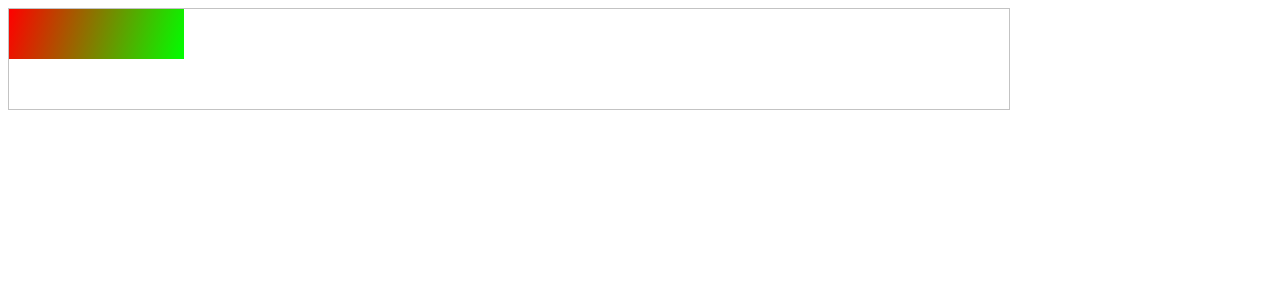
Repository: YukiXueyan/moquWebsite
Page: html/渐变.html
An editor plug-in stored every save of this project. The page is shown before and after the next save, followed by the edit.
The browser window is 1280 px wide. The pictures show the whole page.

Above is the page before, as saved 2020-07-05 15:40:21.

### html/渐变.html
<!DOCTYPE HTML>
<html>
<body>

<canvas id="myCanvas" width="1000" height="100" style="border:1px solid #c3c3c3;">
Your browser does not support the canvas element.
</canvas>


<script type="text/javascript">

var c=document.getElementById("myCanvas");
var cxt=c.getContext("2d");
var grd=cxt.createLinearGradient(0,0,175,50);
grd.addColorStop(0,"#FF0000");
grd.addColorStop(1,"#00FF00");
cxt.fillStyle=grd;
cxt.fillRect(0,0,175,50);

</script>

</body>
</html>

After the next save:
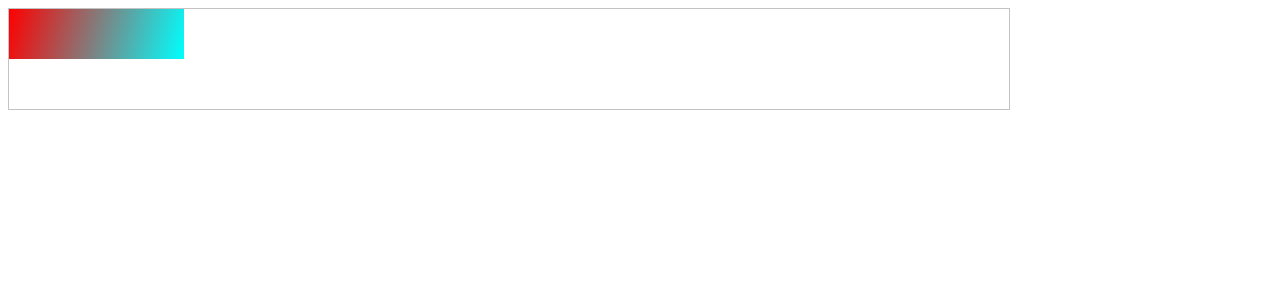
Saved 63 s later.
--- a/html/渐变.html
+++ b/html/渐变.html
@@ -13,7 +13,7 @@ var c=document.getElementById("myCanvas");
 var cxt=c.getContext("2d");
 var grd=cxt.createLinearGradient(0,0,175,50);
 grd.addColorStop(0,"#FF0000");
-grd.addColorStop(1,"#00FF00");
+grd.addColorStop(1,"#00FFff");
 cxt.fillStyle=grd;
 cxt.fillRect(0,0,175,50);
 
